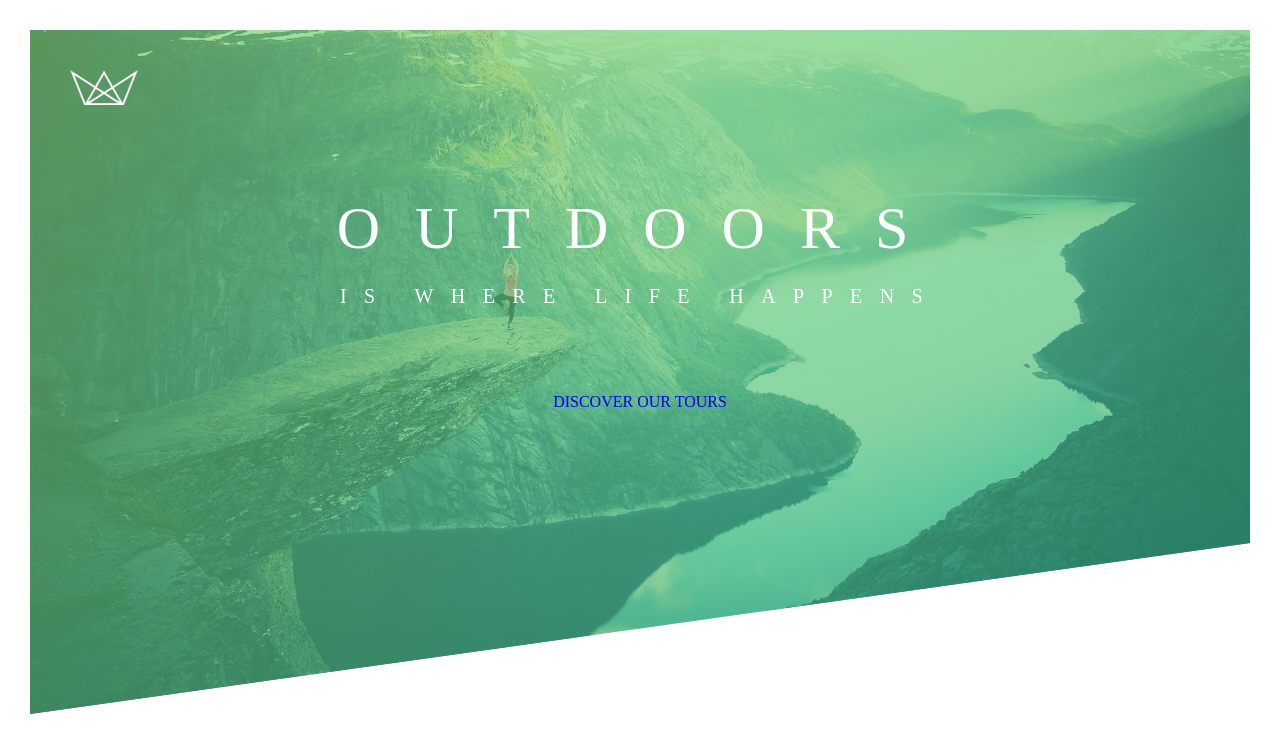
Repository: mohamediyas/cssFloat
Page: index.html
The author's editor kept a copy of each file at every save. The page is drawn from the files as they stood at one save, then again after the next save.
The browser window is 1280 px wide. The pictures show the whole page.

Above is the page before, as saved 2022-06-21 13:37:12.

### index.html
<!DOCTYPE html>
<html lang="en">
  <head>
    <meta charset="UTF-8" />
    <meta name="viewport" content="width=device-width, initial-scale=1.0" />

    <link
      href="https://fonts.googleapis.com/css?family=Lato:100,300,400,700,900"
      rel="stylesheet"
    />

    <link rel="stylesheet" href="css/icon-font.css" />
    <link rel="stylesheet" href="css/style.css" />
    <link rel="shortcut icon" type="image/png" href="img/favicon.png" />

    <title>Natours | Exciting tours for adventurous people</title>
  </head>
  <body>
    <!-- header -->
    <header class="header">
      <div class="header__logo-box">
        <img src="img/logo-white.png" alt="logo" class="header__logo" />
      </div>

      <div class="header__text-box">
        <h1 class="heading-primary">
          <span class="heading-primary--main">Outdoors</span>
          <span class="heading-primary--sub">is where life happens</span>
        </h1>

        <a href="#" class="btn btn--white btn--animated">Discover our tours</a>
      </div>
    </header>
  </body>
</html>

### css/icon-font.css
@charset "UTF-8";

@font-face {
  font-family: "linea-basic-10";
  src:url("fonts/linea-basic-10.eot");
  src:url("fonts/linea-basic-10.eot?#iefix") format("embedded-opentype"),
    url("fonts/linea-basic-10.woff") format("woff"),
    url("fonts/linea-basic-10.ttf") format("truetype"),
    url("fonts/linea-basic-10.svg#linea-basic-10") format("svg");
  font-weight: normal;
  font-style: normal;

}

[data-icon]:before {
  font-family: "linea-basic-10" !important;
  content: attr(data-icon);
  font-style: normal !important;
  font-weight: normal !important;
  font-variant: normal !important;
  text-transform: none !important;
  speak: none;
  line-height: 1;
  -webkit-font-smoothing: antialiased;
  -moz-osx-font-smoothing: grayscale;
}

[class^="icon-"]:before,
[class*=" icon-"]:before {
  font-family: "linea-basic-10" !important;
  font-style: normal !important;
  font-weight: normal !important;
  font-variant: normal !important;
  text-transform: none !important;
  speak: none;
  line-height: 1;
  -webkit-font-smoothing: antialiased;
  -moz-osx-font-smoothing: grayscale;
}

.icon-basic-accelerator:before {
  content: "a";
}
.icon-basic-alarm:before {
  content: "b";
}
.icon-basic-anchor:before {
  content: "c";
}
.icon-basic-anticlockwise:before {
  content: "d";
}
.icon-basic-archive:before {
  content: "e";
}
.icon-basic-archive-full:before {
  content: "f";
}
.icon-basic-ban:before {
  content: "g";
}
.icon-basic-battery-charge:before {
  content: "h";
}
.icon-basic-battery-empty:before {
  content: "i";
}
.icon-basic-battery-full:before {
  content: "j";
}
.icon-basic-battery-half:before {
  content: "k";
}
.icon-basic-bolt:before {
  content: "l";
}
.icon-basic-book:before {
  content: "m";
}
.icon-basic-book-pen:before {
  content: "n";
}
.icon-basic-book-pencil:before {
  content: "o";
}
.icon-basic-bookmark:before {
  content: "p";
}
.icon-basic-calculator:before {
  content: "q";
}
.icon-basic-calendar:before {
  content: "r";
}
.icon-basic-cards-diamonds:before {
  content: "s";
}
.icon-basic-cards-hearts:before {
  content: "t";
}
.icon-basic-case:before {
  content: "u";
}
.icon-basic-chronometer:before {
  content: "v";
}
.icon-basic-clessidre:before {
  content: "w";
}
.icon-basic-clock:before {
  content: "x";
}
.icon-basic-clockwise:before {
  content: "y";
}
.icon-basic-cloud:before {
  content: "z";
}
.icon-basic-clubs:before {
  content: "A";
}
.icon-basic-compass:before {
  content: "B";
}
.icon-basic-cup:before {
  content: "C";
}
.icon-basic-diamonds:before {
  content: "D";
}
.icon-basic-display:before {
  content: "E";
}
.icon-basic-download:before {
  content: "F";
}
.icon-basic-exclamation:before {
  content: "G";
}
.icon-basic-eye:before {
  content: "H";
}
.icon-basic-eye-closed:before {
  content: "I";
}
.icon-basic-female:before {
  content: "J";
}
.icon-basic-flag1:before {
  content: "K";
}
.icon-basic-flag2:before {
  content: "L";
}
.icon-basic-floppydisk:before {
  content: "M";
}
.icon-basic-folder:before {
  content: "N";
}
.icon-basic-folder-multiple:before {
  content: "O";
}
.icon-basic-gear:before {
  content: "P";
}
.icon-basic-geolocalize-01:before {
  content: "Q";
}
.icon-basic-geolocalize-05:before {
  content: "R";
}
.icon-basic-globe:before {
  content: "S";
}
.icon-basic-gunsight:before {
  content: "T";
}
.icon-basic-hammer:before {
  content: "U";
}
.icon-basic-headset:before {
  content: "V";
}
.icon-basic-heart:before {
  content: "W";
}
.icon-basic-heart-broken:before {
  content: "X";
}
.icon-basic-helm:before {
  content: "Y";
}
.icon-basic-home:before {
  content: "Z";
}
.icon-basic-info:before {
  content: "0";
}
.icon-basic-ipod:before {
  content: "1";
}
.icon-basic-joypad:before {
  content: "2";
}
.icon-basic-key:before {
  content: "3";
}
.icon-basic-keyboard:before {
  content: "4";
}
.icon-basic-laptop:before {
  content: "5";
}
.icon-basic-life-buoy:before {
  content: "6";
}
.icon-basic-lightbulb:before {
  content: "7";
}
.icon-basic-link:before {
  content: "8";
}
.icon-basic-lock:before {
  content: "9";
}
.icon-basic-lock-open:before {
  content: "!";
}
.icon-basic-magic-mouse:before {
  content: "\"";
}
.icon-basic-magnifier:before {
  content: "#";
}
.icon-basic-magnifier-minus:before {
  content: "$";
}
.icon-basic-magnifier-plus:before {
  content: "%";
}
.icon-basic-mail:before {
  content: "&";
}
.icon-basic-mail-multiple:before {
  content: "'";
}
.icon-basic-mail-open:before {
  content: "(";
}
.icon-basic-mail-open-text:before {
  content: ")";
}
.icon-basic-male:before {
  content: "*";
}
.icon-basic-map:before {
  content: "+";
}
.icon-basic-message:before {
  content: ",";
}
.icon-basic-message-multiple:before {
  content: "-";
}
.icon-basic-message-txt:before {
  content: ".";
}
.icon-basic-mixer2:before {
  content: "/";
}
.icon-basic-mouse:before {
  content: ":";
}
.icon-basic-notebook:before {
  content: ";";
}
.icon-basic-notebook-pen:before {
  content: "<";
}
.icon-basic-notebook-pencil:before {
  content: "=";
}
.icon-basic-paperplane:before {
  content: ">";
}
.icon-basic-pencil-ruler:before {
  content: "?";
}
.icon-basic-pencil-ruler-pen:before {
  content: "@";
}
.icon-basic-photo:before {
  content: "[";
}
.icon-basic-picture:before {
  content: "]";
}
.icon-basic-picture-multiple:before {
  content: "^";
}
.icon-basic-pin1:before {
  content: "_";
}
.icon-basic-pin2:before {
  content: "`";
}
.icon-basic-postcard:before {
  content: "{";
}
.icon-basic-postcard-multiple:before {
  content: "|";
}
.icon-basic-printer:before {
  content: "}";
}
.icon-basic-question:before {
  content: "~";
}
.icon-basic-rss:before {
  content: "\\";
}
.icon-basic-server:before {
  content: "\e000";
}
.icon-basic-server2:before {
  content: "\e001";
}
.icon-basic-server-cloud:before {
  content: "\e002";
}
.icon-basic-server-download:before {
  content: "\e003";
}
.icon-basic-server-upload:before {
  content: "\e004";
}
.icon-basic-settings:before {
  content: "\e005";
}
.icon-basic-share:before {
  content: "\e006";
}
.icon-basic-sheet:before {
  content: "\e007";
}
.icon-basic-sheet-multiple:before {
  content: "\e008";
}
.icon-basic-sheet-pen:before {
  content: "\e009";
}
.icon-basic-sheet-pencil:before {
  content: "\e00a";
}
.icon-basic-sheet-txt:before {
  content: "\e00b";
}
.icon-basic-signs:before {
  content: "\e00c";
}
.icon-basic-smartphone:before {
  content: "\e00d";
}
.icon-basic-spades:before {
  content: "\e00e";
}
.icon-basic-spread:before {
  content: "\e00f";
}
.icon-basic-spread-bookmark:before {
  content: "\e010";
}
.icon-basic-spread-text:before {
  content: "\e011";
}
.icon-basic-spread-text-bookmark:before {
  content: "\e012";
}
.icon-basic-star:before {
  content: "\e013";
}
.icon-basic-tablet:before {
  content: "\e014";
}
.icon-basic-target:before {
  content: "\e015";
}
.icon-basic-todo:before {
  content: "\e016";
}
.icon-basic-todo-pen:before {
  content: "\e017";
}
.icon-basic-todo-pencil:before {
  content: "\e018";
}
.icon-basic-todo-txt:before {
  content: "\e019";
}
.icon-basic-todolist-pen:before {
  content: "\e01a";
}
.icon-basic-todolist-pencil:before {
  content: "\e01b";
}
.icon-basic-trashcan:before {
  content: "\e01c";
}
.icon-basic-trashcan-full:before {
  content: "\e01d";
}
.icon-basic-trashcan-refresh:before {
  content: "\e01e";
}
.icon-basic-trashcan-remove:before {
  content: "\e01f";
}
.icon-basic-upload:before {
  content: "\e020";
}
.icon-basic-usb:before {
  content: "\e021";
}
.icon-basic-video:before {
  content: "\e022";
}
.icon-basic-watch:before {
  content: "\e023";
}
.icon-basic-webpage:before {
  content: "\e024";
}
.icon-basic-webpage-img-txt:before {
  content: "\e025";
}
.icon-basic-webpage-multiple:before {
  content: "\e026";
}
.icon-basic-webpage-txt:before {
  content: "\e027";
}
.icon-basic-world:before {
  content: "\e028";
}

### css/style.css
/*
COLORS:

Light green: #7ed56f
Medium green: #55c57a
Dark green: #28b485

*/

/* universal selector */

*,
*::after,
*::before {
  margin: 0;
  padding: 0;
  box-sizing: inherit;
}

html {
  font-size: 62.5%;
}

body {
  font-family: "Lato" sans-serif;
  font-weight: 400;
  /* font-size: 16px; */
  line-height: 1.7;
  color: #777;
  padding: 3rem;
  box-sizing: border-box;
}

/* header */

.header {
  height: 95vh;
  background-image: linear-gradient(to right bottom, #7ed56fa8, #28b485a2),
    url("../img/hero.jpg");
  background-size: cover;
  background-position: top;
  clip-path: polygon(0 0, 100% 0, 100% 75%, 0 100%);
  position: relative;
}

.header__logo-box {
  position: absolute;
  top: 4rem;
  left: 4rem;
}

.header__logo {
  height: 3.5rem;
}

.header__text-box {
  position: absolute;
  top: 40%;
  left: 50%;
  transform: translate(-50%, -50%);
  text-align: center;
}

.heading-primary {
  color: #fff;
  text-transform: uppercase;
  backface-visibility: hidden;
  margin-bottom: 6rem;
}

.heading-primary--main {
  display: block;
  font-size: 6rem;
  font-weight: 400;
  letter-spacing: 3.5rem;
  animation-name: moveInLeft;
  animation-duration: 2s;

  /*
  animation-delay:3s,
  animation-iteration-count:3

  animation-timing-funtion:ease-out

  */
}

.heading-primary--sub {
  display: block;
  font-size: 2rem;
  font-weight: 400;
  letter-spacing: 1.74rem;
  animation: moveInRight 2s ease-out;
}

@keyframes moveInLeft {
  0% {
    opacity: 0;
    transform: translateX(-10rem);
  }

  80% {
    transform: rotateX(1rem);
  }

  100% {
    opacity: 1;
    transform: rotateX(0);
  }
}

@keyframes moveInRight {
  0% {
    opacity: 0;
    transform: translateX(10rem);
  }

  80% {
    transform: rotateX(-1rem);
  }

  100% {
    opacity: 1;
    transform: rotateX(0);
  }
}

@keyframes moveInButton {
  0% {
    opacity: 0;
    transform: translateY(3rem);
  }

  100% {
    opacity: 1;
    transform: rotate(0);
  }
}

.btn:link,
.btn:visited {
  text-transform: uppercase;
  text-decoration: none;
  padding: 1.5rem 4rem;
  display: inline-block;
  border-radius: 10rem;
  transition: all 0.2s;
  position: relative;
  font-size: 1.6rem;
}

.btn:hover {
  transform: translateY(-3px);
  box-shadow: 0 10px 20px rgba(0, 0, 0, 0.2);
}

.btn:active {
  transform: translateY(-1px);
  box-shadow: 0 5px 10px rgba(0, 0, 0, 0.2);
}

.btn-white {
  background-color: #fff;
  color: #777;
}

.btn::after {
  content: "";
  display: inline-block;
  height: 100%;
  width: 100%;
  border-radius: 10rem;
  position: absolute;
  top: 0;
  left: 0;
  z-index: -1;
  transition: all 0.4s;
}

.btn-white::after {
  background-color: #fff;
}

.btn:hover::after {
  transform: scale(1.5);
  opacity: 0;
}

.btn-animated {
  animation: moveInButton 0.5s ease-out 0.7s;
  animation-fill-mode: backwards;
}

After the next save:
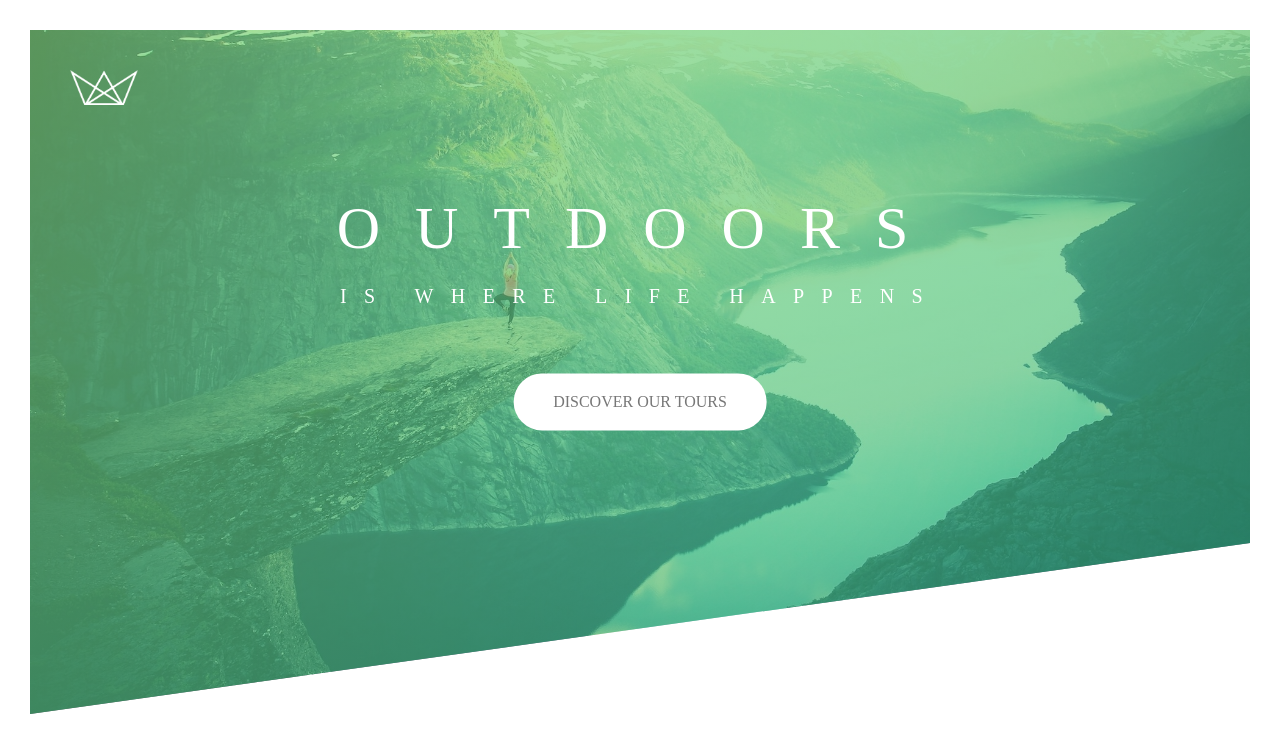
Saved 32 s later.
--- a/css/style.css
+++ b/css/style.css
@@ -159,7 +159,7 @@ body {
   box-shadow: 0 5px 10px rgba(0, 0, 0, 0.2);
 }
 
-.btn-white {
+.btn--white {
   background-color: #fff;
   color: #777;
 }
